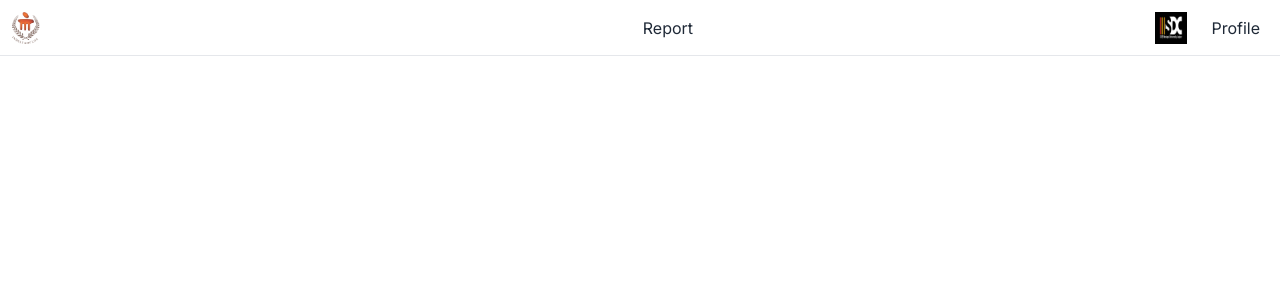
Repository: gauravbhindwar/mentorlink
Page: /pages/admin/admindashboard
The author's editor kept a copy of each file at every save. The page is drawn from the files as they stood at one save, then again after the next save.
The browser window is 1280 px wide. The pictures show the whole page.
The project was rebuilt for these pictures with package versions that can differ from the ones it lists, and the page was loaded fresh each time. The framework's server and built-in components were replaced by stand-ins that run in the browser. Also part of the build but not shown: next.config.js, next.config.ts.

Above is the page before, as saved 2024-11-06 20:04:04.

After the next save:
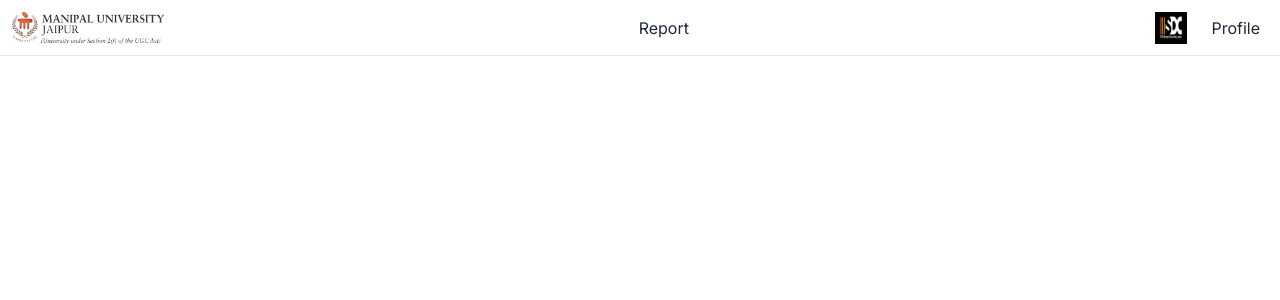
Saved 16 s later.
--- a/src/components/subComponents/Navbar.jsx
+++ b/src/components/subComponents/Navbar.jsx
@@ -24,7 +24,7 @@
                         {/* Left Logo */}
 
                         <div className="flex items-center">
-                            <Image src="/muj-logo.png" alt="MUJ Logo" className="h-8 w-auto" width={32} height={32} />
+                            <Image src="/muj-logo.jpg" alt="MUJ Logo" className="h-8 w-auto" width={32} height={32} />
                             {/* <span className="ml-2 text-xl font-bold text-gray-800 dark:text-white">MUJ</span> */}
                         </div>
 
